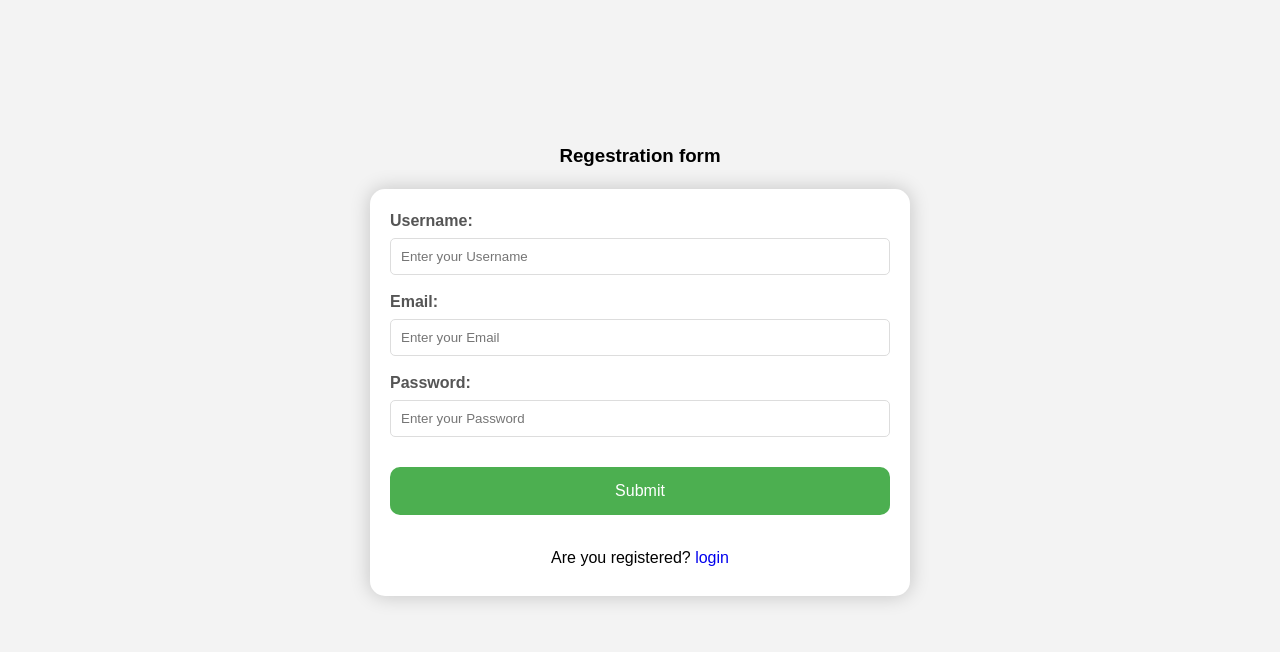
Repository: alizey12/Regestratin-Form-js
Page: regester.html
These files come from the project's save history. The page is drawn as it stood at one moment and after the next save; the edit follows.
The browser window is 1280 px wide. The pictures show the whole page.

Above is the page before, as saved 2024-11-29 13:40:05.

### regester.html
<!DOCTYPE html>
<html lang="en">
<head>
    <meta charset="UTF-8">
    <meta name="viewport" content="width=device-width, initial-scale=1.0">
    <link rel="stylesheet" href="signin.css">
    <title>Regestration form</title>
</head>
<body>
<h3>Regestration form</h3>


    <div class="main">

    <div class="grid-container">
        <form action="">
            <label for="first">
                Username:
            </label>
            <input type="text" id="first" name="first"
                placeholder="Enter your Username" required>

                <label for="first">
                    Email:
                </label>
                <input type="email" id="first" name="email"
                    placeholder="Enter your Email" required>

            <label for="password">
                Password:
            </label>
            <input type="password" id="password" name="password"
                placeholder="Enter your Password" required>

            <div class="wrap">
                <button type="submit">
                    Submit
                </button>
            </div>
        </form>
    </div>


        <p>Are you registered?
            <a href="signin.html" style="text-decoration: none;">
               login
            </a>
        </p>
    </div>


</body>
</html>

### signin.css
/*style.css*/
body {
    display: flex;
    align-items: center;
    justify-content: center;
    font-family: sans-serif;
    line-height: 1.5;
    min-height: 100vh;
    background: #f3f3f3;
    flex-direction: column;
    margin: 0;
}

.main {
    background-color: #fff;
    border-radius: 15px;
    box-shadow: 0 0 20px rgba(0, 0, 0, 0.2);
    padding: 10px 20px;
    transition: transform 0.2s;
    width: 500px;
    text-align: center;
}

h1 {
    color: #4CAF50;
}

label {
    display: block;
    width: 100%;
    margin-top: 10px;
    margin-bottom: 5px;
    text-align: left;
    color: #555;
    font-weight: bold;
}

input {
    display: block;
    width: 100%;
    margin-bottom: 15px;
    padding: 10px;
    box-sizing: border-box;
    border: 1px solid #ddd;
    border-radius: 5px;
}

button {
    padding: 15px;
    border-radius: 10px;
    margin-top: 15px;
    margin-bottom: 15px;
    border: none;
    color: white;
    cursor: pointer;
    background-color: #4CAF50;
    width: 100%;
    font-size: 16px;
}

.wrap {
    display: flex;
    justify-content: center;
    align-items: center;
}

.grid-container{

}

After the next save:
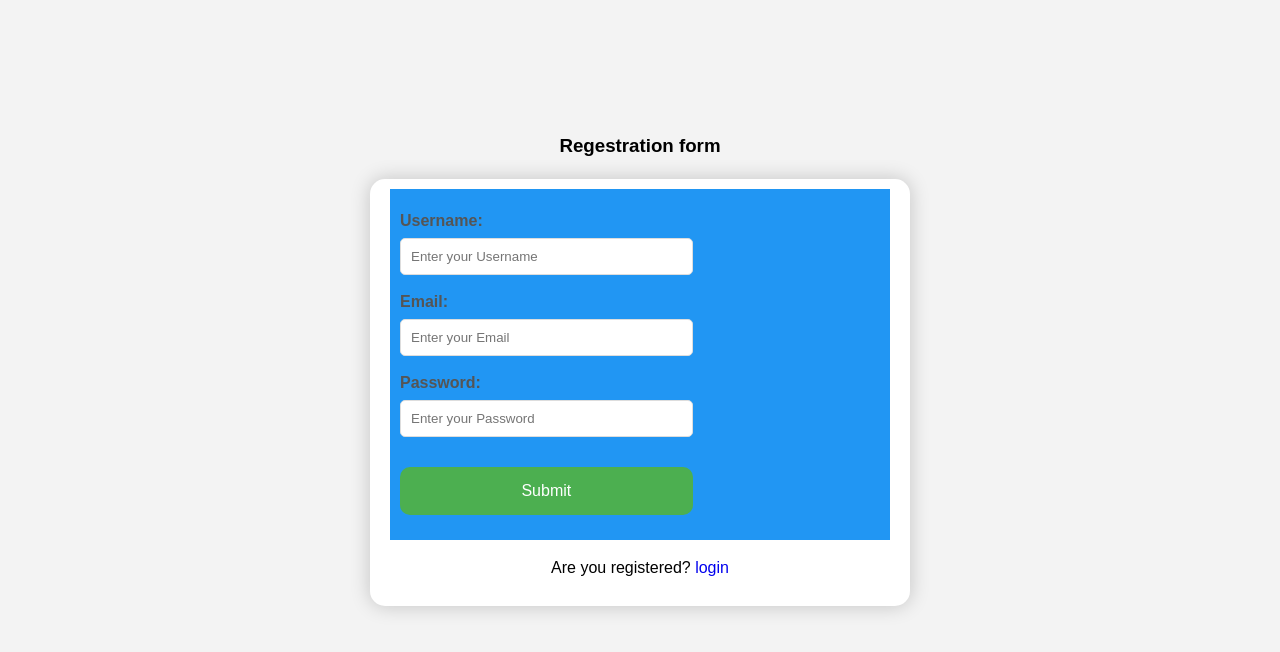
Saved 34 s later.
--- a/signin.css
+++ b/signin.css
@@ -65,5 +65,8 @@ button {
 }
 
 .grid-container{
-
+    display: grid;
+    grid-template-columns: auto auto auto;
+    background-color: #2196F3;
+    padding: 10px;
 }
